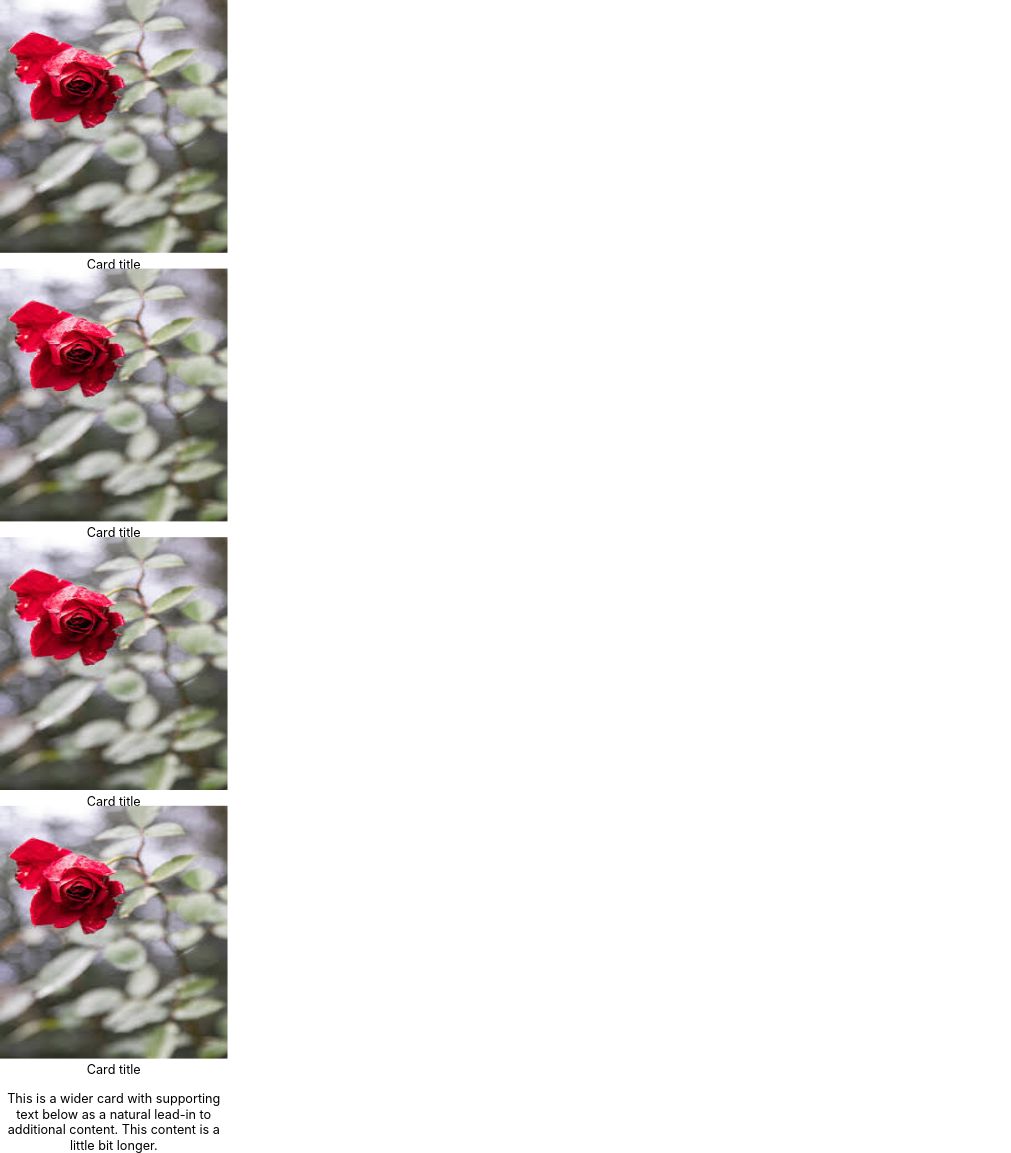
Repository: vakharia5/Preview
Page: /
An editor plug-in stored every save of this project. The page is shown before and after the next save, followed by the edit.
The browser window is 1280 px wide. The pictures show the whole page, at 79% of full size.
The project was rebuilt for these pictures with package versions that can differ from the ones it lists, and the page was loaded fresh each time.

Above is the page before, as saved 2020-06-22 13:14:07.

### src/App.js
import React from 'react';
import logo from './logo.svg';
import './App.css';
import CardList from './components/CardList';

function App() {
  return (
    <div className="App">
    <CardList/>

    </div>
  );
}

export default App;

### src/components/CardList.js
import React, { Component } from 'react'
import {Card,Container,Row,Col} from 'react-bootstrap';
import img from '../assets/Images/download.jpg';

class CardList extends Component {
    render() {
        return (
   <div>
       <Container>
       <Row>
        <Card  border="secondary" style={{ width: '18rem' ,height : '20rem'}}>
  <Card.Img src={img} alt="Card image" style={{ width: '18rem' ,height : '20rem'}} />
  <Card.ImgOverlay>
    <Card.Title>Card title</Card.Title>
    <Card.Text>
      This is a wider card with supporting text below as a natural lead-in to
      additional content. This content is a little bit longer.
    </Card.Text>
  </Card.ImgOverlay>
</Card>
 <br />
 <Card  border="secondary" style={{ width: '18rem' ,height : '20rem'}}>
  <Card.Img src={img} alt="Card image" style={{ width: '18rem' ,height : '20rem'}} />
  <Card.ImgOverlay>
    <Card.Title>Card title</Card.Title>
    <Card.Text>
      This is a wider card with supporting text below as a natural lead-in to
      additional content. This content is a little bit longer.
    </Card.Text>
  </Card.ImgOverlay>
</Card>
 <br />
 <Card  border="secondary" style={{ width: '18rem' ,height : '20rem'}}>
  <Card.Img src={img} alt="Card image" style={{ width: '18rem' ,height : '20rem'}} />
  <Card.ImgOverlay>
    <Card.Title>Card title</Card.Title>
    <Card.Text>
      This is a wider card with supporting text below as a natural lead-in to
      additional content. This content is a little bit longer.
    </Card.Text>
  </Card.ImgOverlay>
</Card>
 <br />
 <Card  border="secondary" style={{ width: '18rem' ,height : '20rem'}}>
  <Card.Img src={img} alt="Card image" style={{ width: '18rem' ,height : '20rem'}} />
  <Card.ImgOverlay>
    <Card.Title>Card title</Card.Title>
    <Card.Text>
      This is a wider card with supporting text below as a natural lead-in to
      additional content. This content is a little bit longer.
    </Card.Text>
  </Card.ImgOverlay>
</Card>
 <br />
 </Row>
 </Container>
      </div>
        )
        }
}
export default CardList

Loaded but not shown: src/index.js (common file); src/index.css (common file); src/serviceWorker.js (common file); src/App.css (common file)

After the next save:
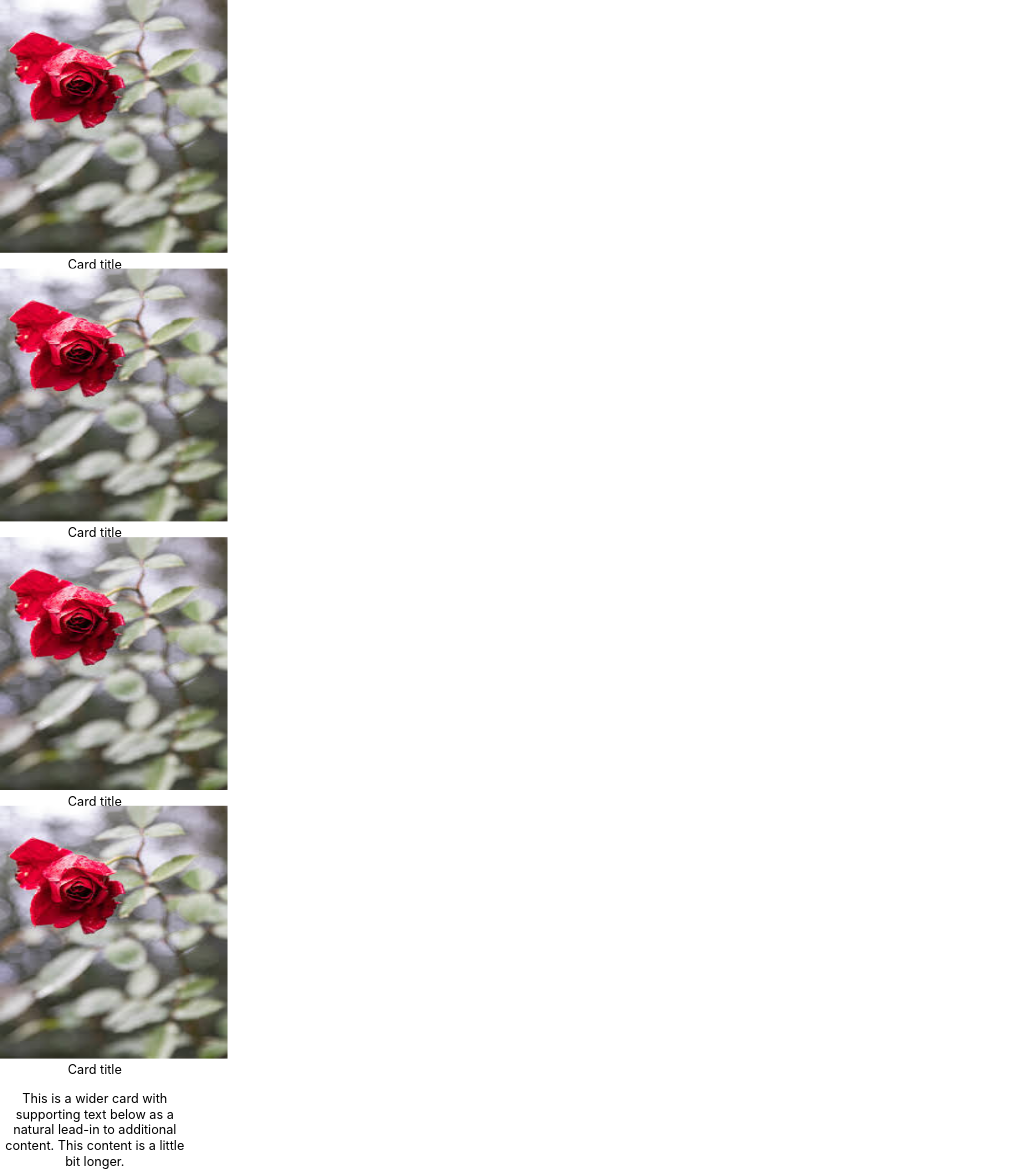
Saved 28 s later.
--- a/src/components/CardList.js
+++ b/src/components/CardList.js
@@ -8,7 +8,7 @@ class CardList extends Component {
    <div>
        <Container>
        <Row>
-        <Card  border="secondary" style={{ width: '18rem' ,height : '20rem'}}>
+        <Card  border="secondary" style={{ width: '15rem' ,height : '20rem'}}>
   <Card.Img src={img} alt="Card image" style={{ width: '18rem' ,height : '20rem'}} />
   <Card.ImgOverlay>
     <Card.Title>Card title</Card.Title>
@@ -19,7 +19,7 @@ class CardList extends Component {
   </Card.ImgOverlay>
 </Card>
  <br />
- <Card  border="secondary" style={{ width: '18rem' ,height : '20rem'}}>
+ <Card  border="secondary" style={{ width: '15rem' ,height : '20rem'}}>
   <Card.Img src={img} alt="Card image" style={{ width: '18rem' ,height : '20rem'}} />
   <Card.ImgOverlay>
     <Card.Title>Card title</Card.Title>
@@ -30,7 +30,7 @@ class CardList extends Component {
   </Card.ImgOverlay>
 </Card>
  <br />
- <Card  border="secondary" style={{ width: '18rem' ,height : '20rem'}}>
+ <Card  border="secondary" style={{ width: '15rem' ,height : '20rem'}}>
   <Card.Img src={img} alt="Card image" style={{ width: '18rem' ,height : '20rem'}} />
   <Card.ImgOverlay>
     <Card.Title>Card title</Card.Title>
@@ -41,7 +41,7 @@ class CardList extends Component {
   </Card.ImgOverlay>
 </Card>
  <br />
- <Card  border="secondary" style={{ width: '18rem' ,height : '20rem'}}>
+ <Card  border="secondary" style={{ width: '15rem' ,height : '20rem'}}>
   <Card.Img src={img} alt="Card image" style={{ width: '18rem' ,height : '20rem'}} />
   <Card.ImgOverlay>
     <Card.Title>Card title</Card.Title>
